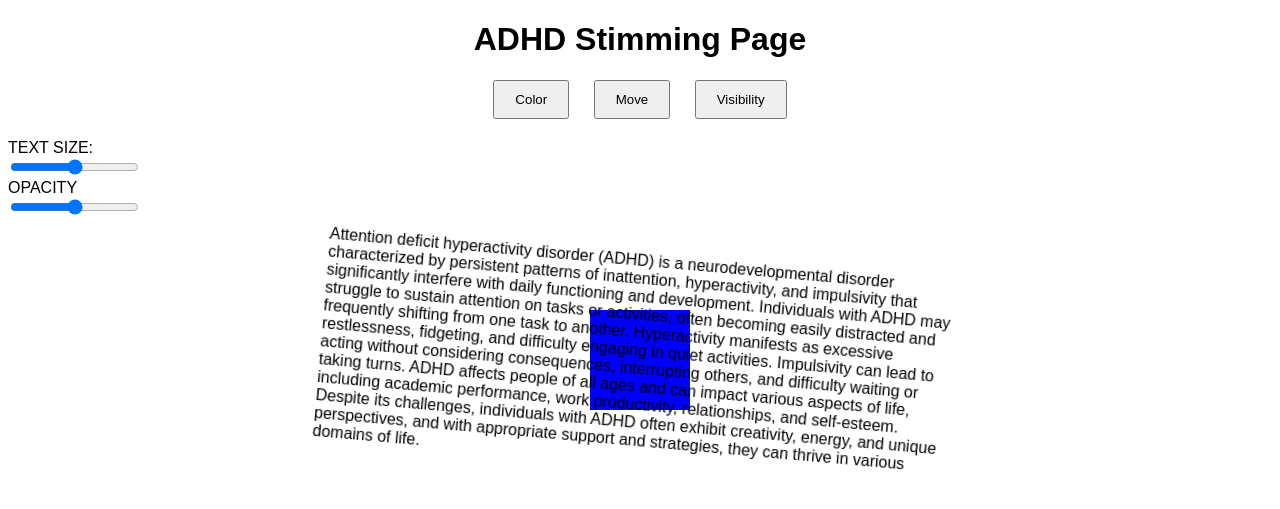
Repository: anderscederberg11/unhandledRuntimeError.json
Page: Henver/henver3.html
These files come from the project's save history. The page is drawn as it stood at one moment and after the next save; the edit follows.
The browser window is 1280 px wide. The pictures show the whole page.

Above is the page before, as saved 2024-05-24 19:05:13.

After the next save:
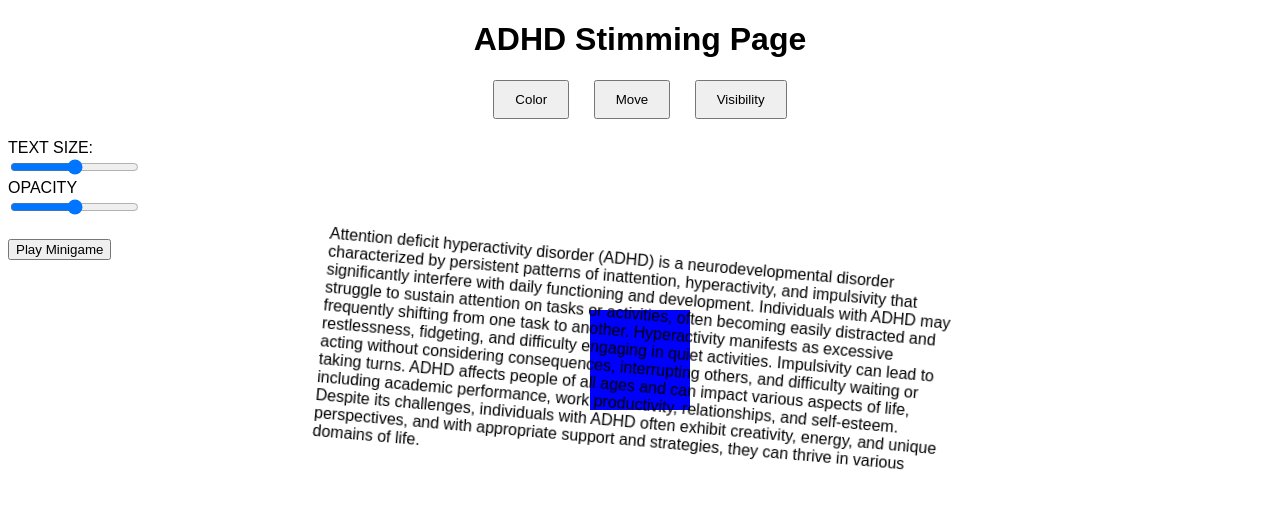
Saved 4 min 38 s later.
--- a/Henver/henver3.html
+++ b/Henver/henver3.html
@@ -28,6 +28,11 @@
         <p>Attention deficit hyperactivity disorder (ADHD) is a neurodevelopmental disorder characterized by persistent patterns of inattention, hyperactivity, and impulsivity that significantly interfere with daily functioning and development. Individuals with ADHD may struggle to sustain attention on tasks or activities, often becoming easily distracted and frequently shifting from one task to another. Hyperactivity manifests as excessive restlessness, fidgeting, and difficulty engaging in quiet activities. Impulsivity can lead to acting without considering consequences, interrupting others, and difficulty waiting or taking turns. ADHD affects people of all ages and can impact various aspects of life, including academic performance, work productivity, relationships, and self-esteem. Despite its challenges, individuals with ADHD often exhibit creativity, energy, and unique perspectives, and with appropriate support and strategies, they can thrive in various domains of life.</p>
       </div>
 
+      <div id="minigame-container" class="minigame-container">
+        <button id="minigame-button" onclick="showRandomMinigame()">Play Minigame</button>
+        <div id="minigame"></div>
+      </div>
+
 <script>
     function changeColor() {
   const colors = ["red", "green", "blue", "yellow", "purple", "orange"];
@@ -55,6 +60,42 @@ function adjustFontSize(value) {
 function adjustOpacity(value) {
   document.getElementById("movableElement").style.opacity = value / 100;
 }
+
+function showRandomMinigame() {
+  // Clear previous minigame
+  document.getElementById("minigame").innerHTML = "";
+
+  // Array of available minigames
+  const minigames = [
+    createColorGame,
+    createMathGame
+  ];
+
+  const randomIndex = Math.floor(Math.random() * minigames.length);
+  const selectedMinigame = minigames[randomIndex];
+
+  selectedMinigame();
+}
+
+function createColorGame() {
+  const colors = ["red", "green", "blue", "yellow", "purple", "orange"];
+  const randomColor = colors[Math.floor(Math.random() * colors.length)];
+  document.getElementById("minigame").innerHTML = `<div style="background-color: ${randomColor}; width: 100px; height: 100px;"></div>`;
+}
+
+function createMathGame() {
+  const operand1 = Math.floor(Math.random() * 10);
+  const operand2 = Math.floor(Math.random() * 10);
+  const operation = Math.random() < 0.5 ? "+" : "-";
+  const result = operation === "+" ? operand1 + operand2 : operand1 - operand2;
+  const userInput = prompt(`What is ${operand1} ${operation} ${operand2}?`);
+
+  if (parseInt(userInput) === result) {
+    alert("Correct!");
+  } else {
+    alert(`Incorrect! The correct answer is ${result}.`);
+  }
+}
 </script>
 </body>
 </html>
